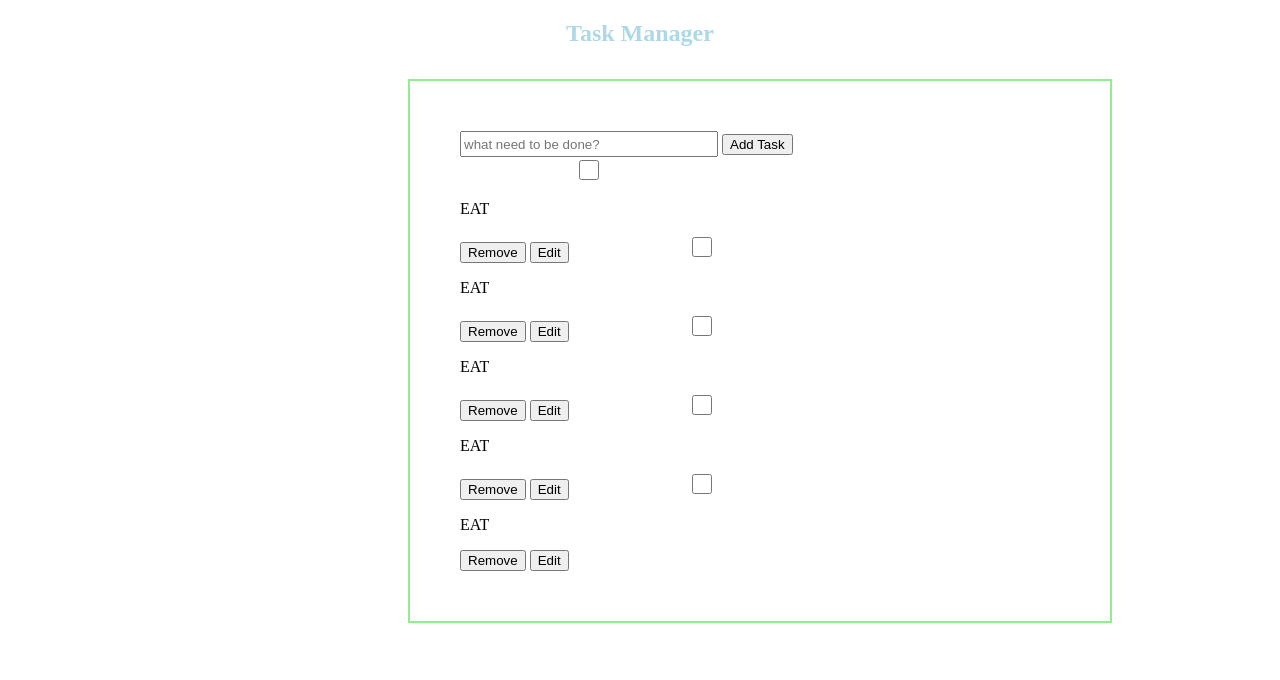
Repository: sristigupta04/basic-js-project
Page: todo app/title.html
The author's editor kept a copy of each file at every save. The page is drawn from the files as they stood at one save, then again after the next save.
The browser window is 1280 px wide. The pictures show the whole page.

Above is the page before, as saved 2025-10-28 19:00:12.

After the next save:
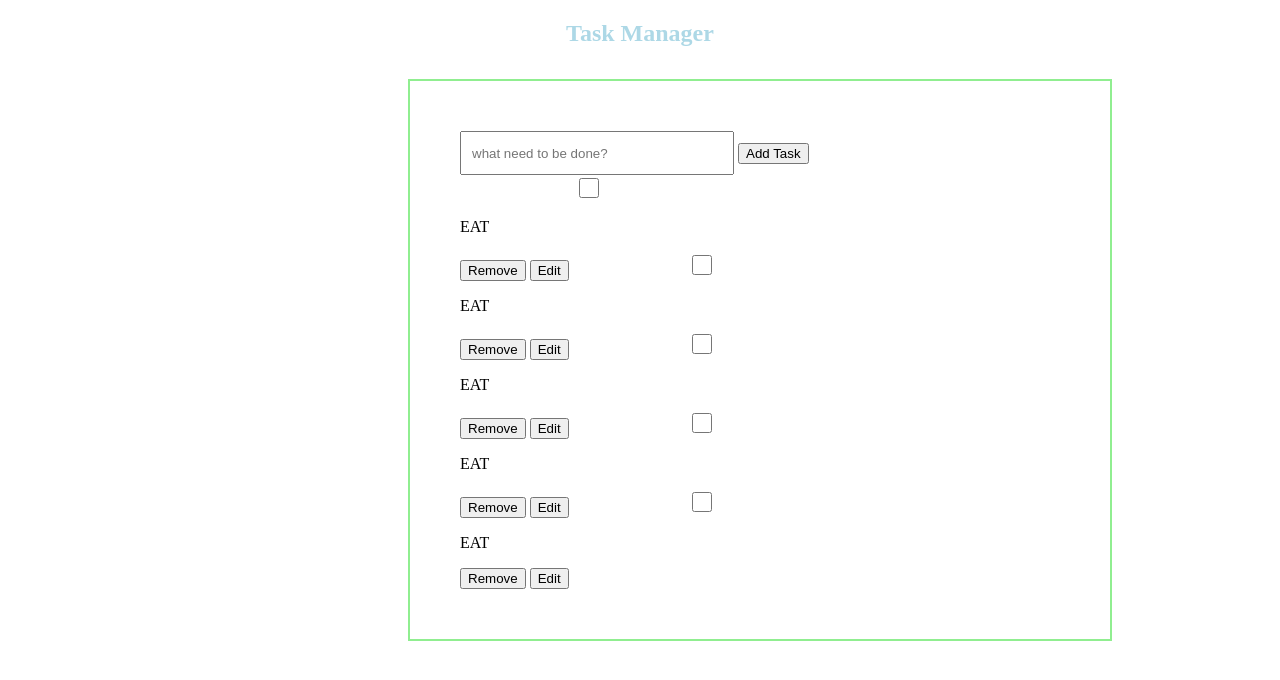
Saved 10 s later.
--- a/todo app/title.css
+++ b/todo app/title.css
@@ -22,6 +22,7 @@ display: flex;
 }
 .contain input{
     width:250px;
-    height: 20px;;
+    height: 20px;
+    padding: 10px;;
 
 }
